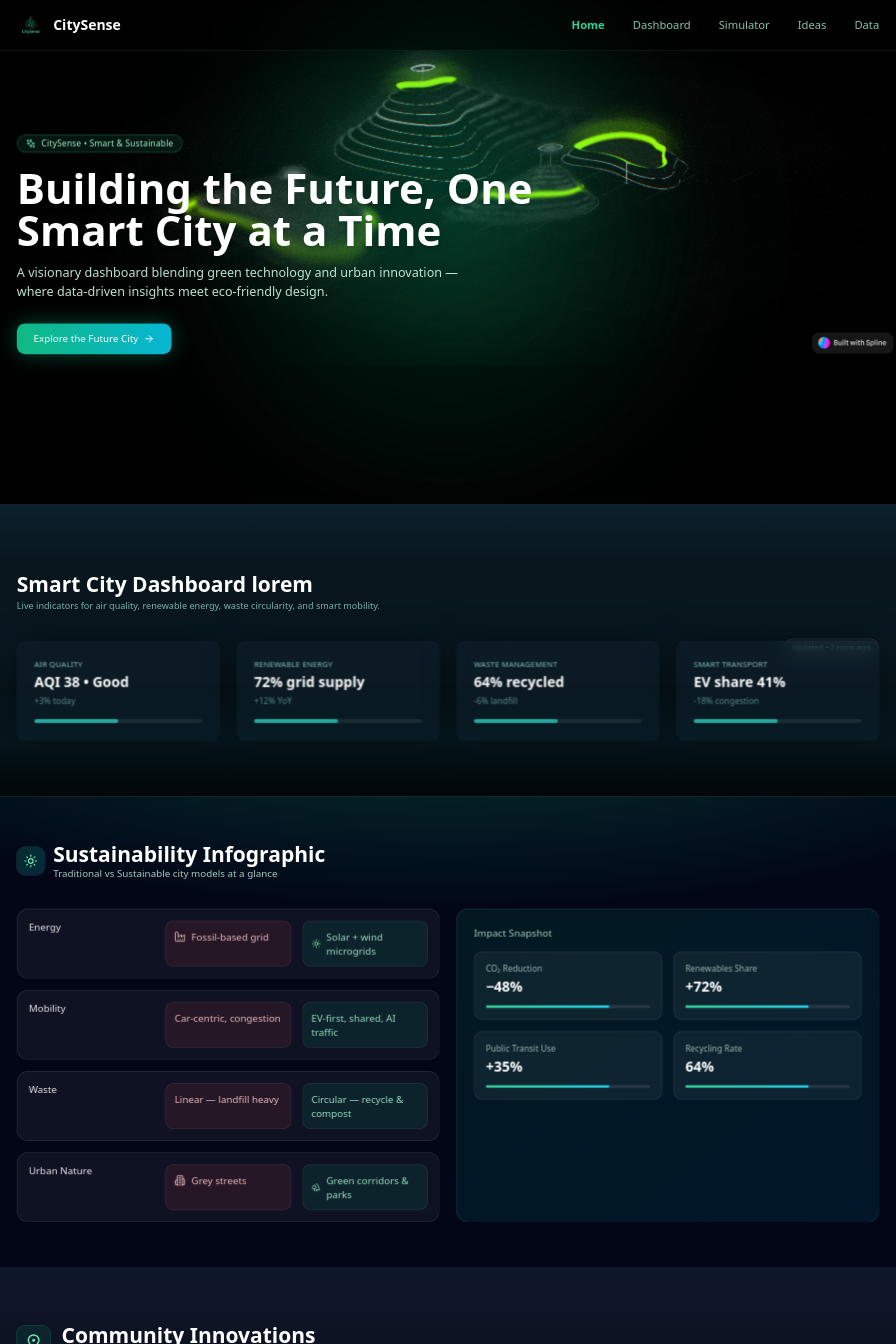
Repository: crashyet/CitySense
Page: /
The author's editor kept a copy of each file at every save. The page is drawn from the files as they stood at one save, then again after the next save.
The browser window is 1280 px wide. The pictures show the part of the page from y = 0 to 1920 px (the page is 2586 px tall), at 70% of full size.
The project was rebuilt for these pictures with package versions that can differ from the ones it lists, and the page was loaded fresh each time. Also part of the build but not shown: vite.config.js, src/components/EnergyPieChart.jsx, src/components/TrafficCongestionChart.jsx, src/components/WeeklyAQIChart.jsx, src/pages/Dashboardpack/index.jsx, src/pages/Simulator/index.jsx, src/pages/Ideas/index.jsx, src/pages/Data/index.jsx.

Above is the page before, as saved 2025-11-18 19:00:06.

After the next save:
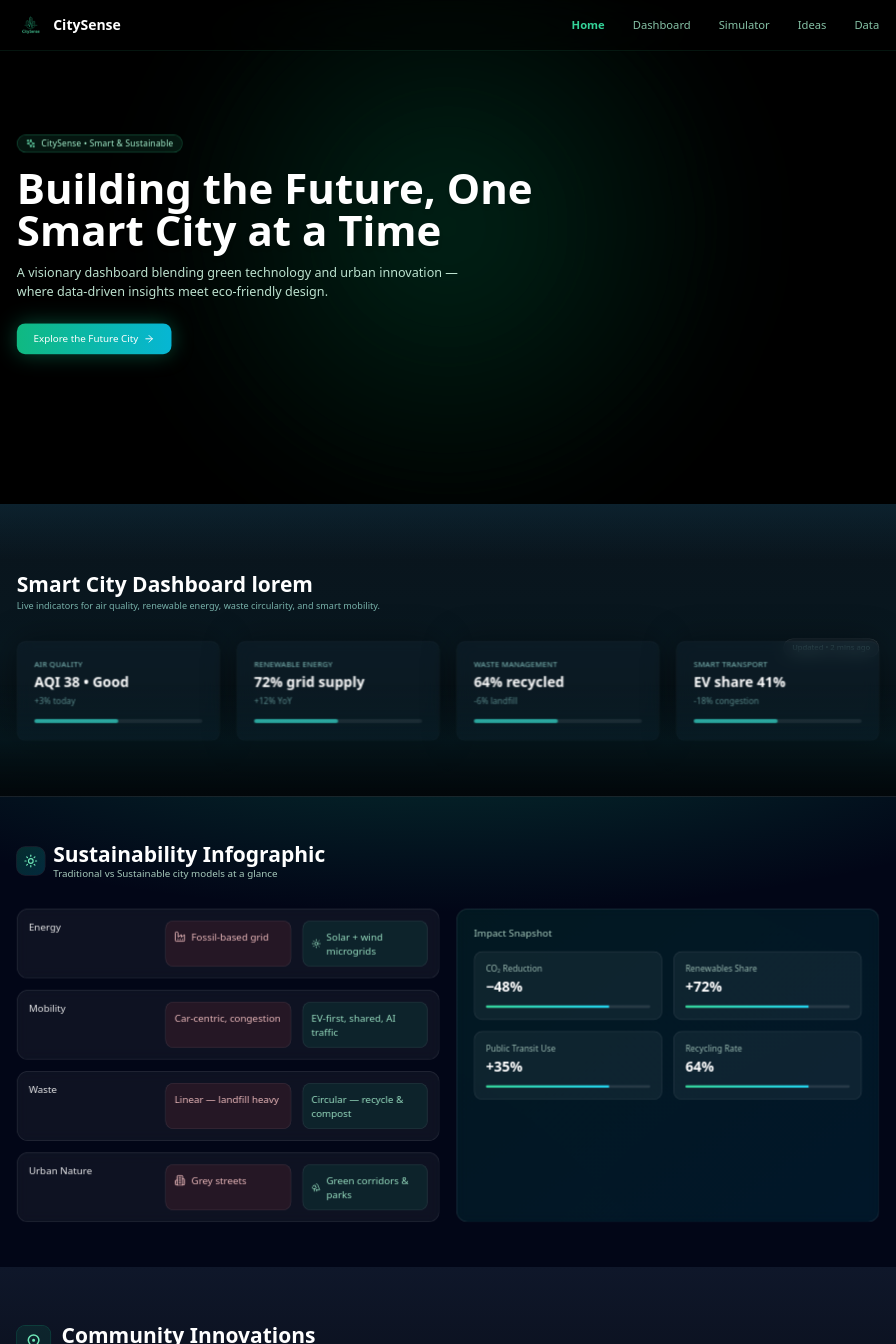
Saved 6 min 49 s later.
--- a/src/pages/landing/Hero.jsx
+++ b/src/pages/landing/Hero.jsx
@@ -17,7 +17,7 @@ const Hero = () => {
       {/* Gradient Background */}
       <div className="absolute inset-0 pointer-events-none bg-gradient-to-b from-black via-black/40 to-black">
         <div style={{ width: "100%", height: "100%", overflow: "hidden" }}>
-          <img src={Background} alt="" />
+          {/* <img src={Background} alt="" /> */}
         </div>
       </div>
 
